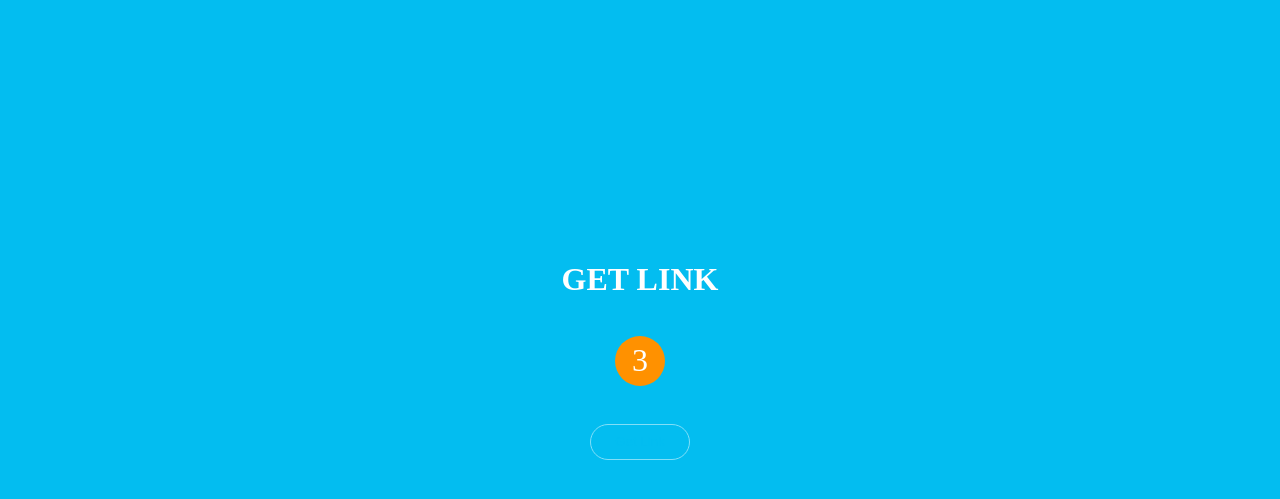
Repository: Dongnguyen318/Quydong
Page: Day 31/index.html
An editor plug-in stored every save of this project. The page is shown before and after the next save, followed by the edit.
The browser window is 1280 px wide. The pictures show the whole page.
The pointer rests on the first visible `.btn`.

Above is the page before, as saved 2023-10-07 23:28:12.

After the next save:
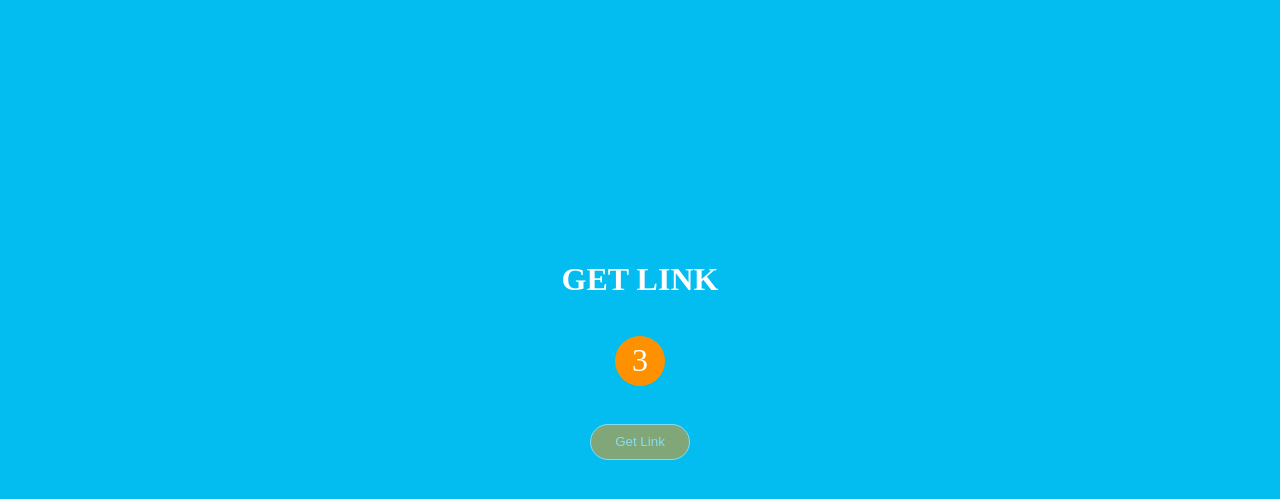
Saved 40 s later.
--- a/Day 31/css.css
+++ b/Day 31/css.css
@@ -40,6 +40,6 @@
   opacity: 0.5;
 }
 .btn:hover {
-  color: #03bdf0;
+  background-color: #ff9100;
   cursor: pointer;
 }
